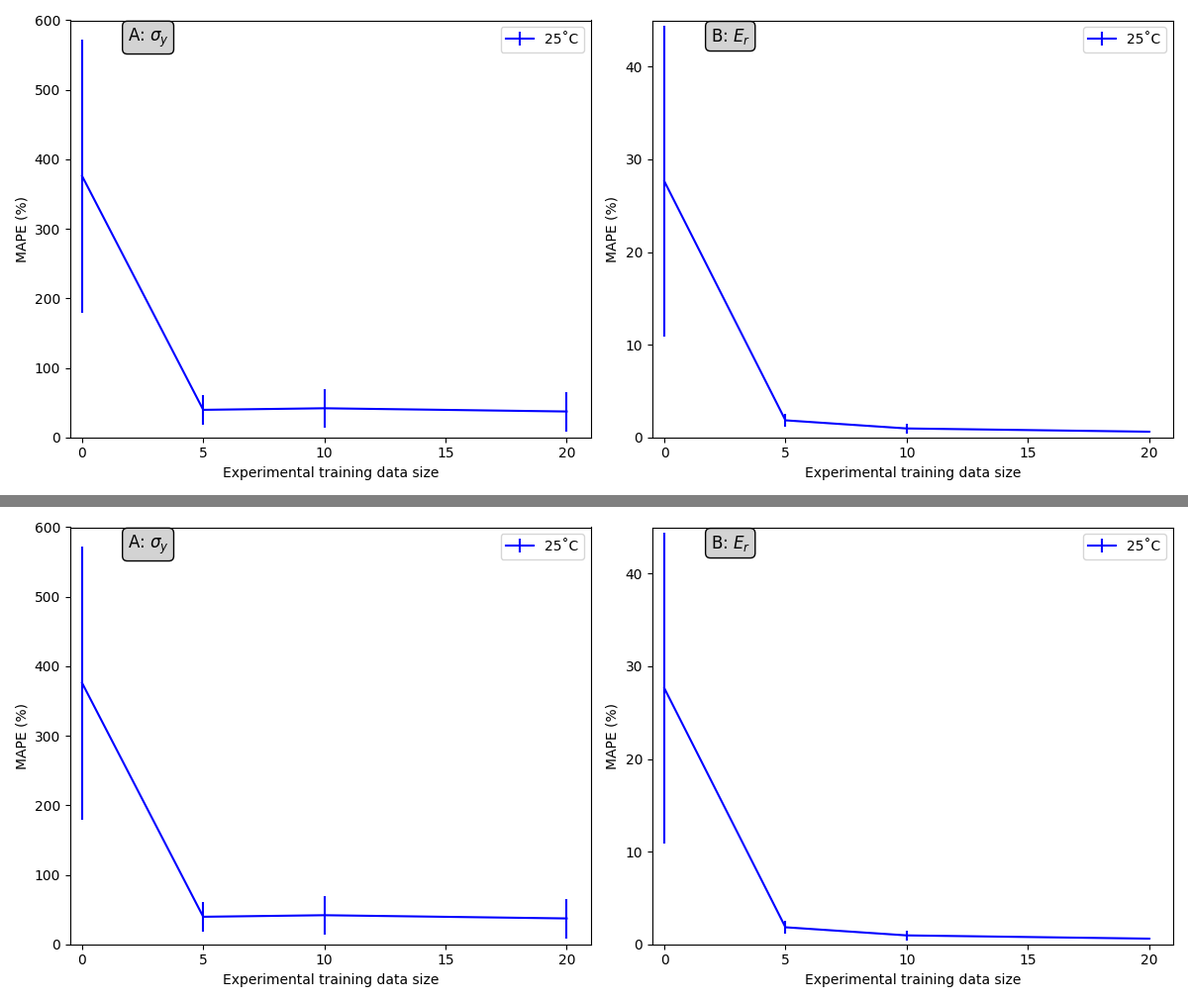
Repository: JoeSpencer1/NN_TiAlTa
Script's output: python src/figures.py
The author's editor kept a copy of each file at every save. The script's output is drawn from the files as they stood at one save, then again after the next save.
The pictures are shown at 99% of full size.
Each picture stacks the figures in order, with grey between them; figures that are only written to a file come last. Random numbers start from a fixed seed.

Above is the script's output before, as saved 2024-01-16 14:24:53.

After the next save:
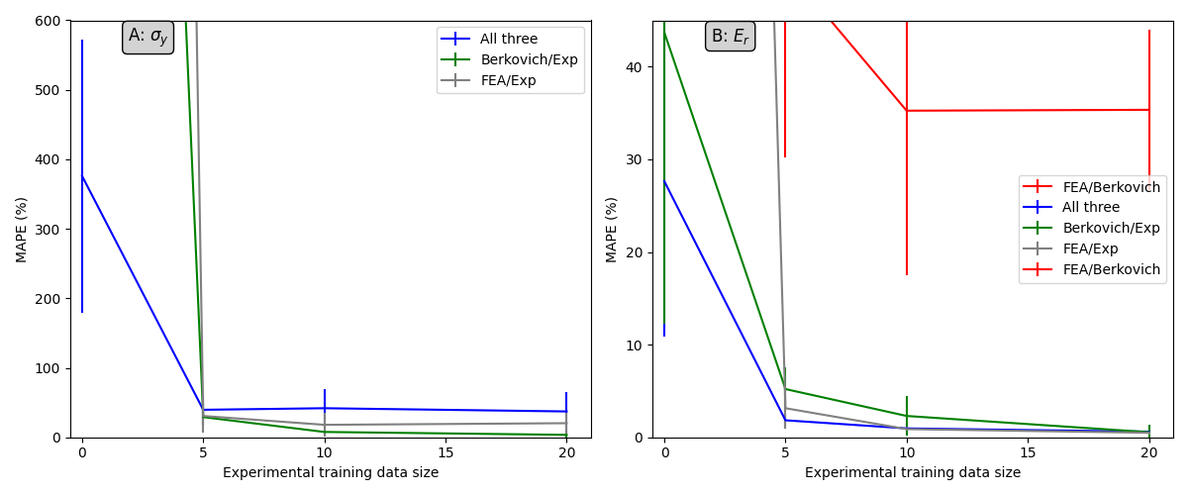
Saved 11 min 27 s later.
--- a/src/figures.py
+++ b/src/figures.py
@@ -259,21 +259,24 @@ threeσ = [376.0572733054678, 39.5938033843615, 41.8456251546561, 37.20982506131
 εthreeσ = [196.86908836541178, 21.68148559652081, 28.00063811133066, 28.472024602496692]
 threeE = [27.637875079481226, 1.8371707313939147, 0.9618014686986018, 0.6094185678582443]
 εthreeE = [16.76186263408408, 0.7040937053244141, 0.5416984171832155, 0.1433441723448427]
-FEAExpσ = [30.692963398804512, 17.966434316750032, 20.30981467660651]
-εFEAExpσ = [24.432717466772974, 17.157632184190486, 15.24454689795884]
-FEAExpE = [3.1407760620117187, 0.8857396979081005, 0.48970565795898435]
-εFEAExpE = [2.1787414072193108, 0.20985072884833247, 0.24028577974579077]
+FEAExpσ = [10340.612, 30.692963398804512, 17.966434316750032, 20.30981467660651]
+εFEAExpσ = [4267.742, 24.432717466772974, 17.157632184190486, 15.24454689795884]
+FEAExpE = [452.68634, 3.1407760620117187, 0.8857396979081005, 0.48970565795898435]
+εFEAExpE = [60.762478, 2.1787414072193108, 0.20985072884833247, 0.24028577974579077]
 BerExpσ = [3993.4524, 29.085435433129238, 7.699660556574902, 3.526308835701772]
 εBerExpσ = [2809.7415, 11.931510220287686, 4.180595260183477, 4.05852053586458]
 BerExpE = [43.70184, 5.2056050250404775, 2.3034492091128698, 0.5525932111238178]
 εBerExpE = [31.433922, 2.364614922311323, 2.124353990665903, 0.8359455695302426]
-FEMBerkσ = []
-εFEMBerkσ = []
-FEMBerkE = []
-εFEMBerkE = []
+FEABerσ = [16360.667, 224.50905550158168, 318.32331392100775, 411.2046768176986]
+εFEABerσ = [10235.277, 105.82854182729396, 210.21371442021476, 242.1779691403267]
+FEABerE = [462.53745, 50.763517706017744, 35.24591202986868, 35.340911950563125]
+εFEABerE = [74.264534, 20.539216787616077, 17.80116783395519, 8.634077709953575]
 
 fig, (ax1, ax2) = plt.subplots(1, 2, figsize=(12, 5))
-ax1.errorbar(n, threeσ, yerr = εthreeσ, color = 'blue', label = "25˚C")
+ax1.errorbar(n, threeσ, yerr = εthreeσ, color = 'blue', label = "All three")
+ax1.errorbar(n, BerExpσ, yerr = εBerExpσ, color = 'green', label = "Berkovich/Exp")
+ax1.errorbar(n, FEAExpσ, yerr = εFEAExpσ, color = 'grey', label = "FEA/Exp")
+ax2.errorbar(n, FEABerσ, yerr = εFEABerσ, color = 'red', label = "FEA/Berkovich")
 ax1.set_yscale('linear')
 ax1.set_ylim([0, 600])
 ax1.set_xlim([-0.5, 21])
@@ -287,7 +290,10 @@ ax1.annotate("A: $\sigma_{y}$", xy=(0.15, 0.95), xycoords="axes fraction",
               fontsize=12, ha="center",
               bbox=dict(boxstyle="round,pad=0.3", edgecolor="black", facecolor="lightgray"))
 
-ax2.errorbar(n, threeE, yerr = εthreeE, color = 'blue', label = "25˚C")
+ax2.errorbar(n, threeE, yerr = εthreeE, color = 'blue', label = "All three")
+ax2.errorbar(n, BerExpE, yerr = εBerExpE, color = 'green', label = "Berkovich/Exp")
+ax2.errorbar(n, FEAExpE, yerr = εFEAExpE, color = 'grey', label = "FEA/Exp")
+ax2.errorbar(n, FEABerE, yerr = εFEABerE, color = 'red', label = "FEA/Berkovich")
 ax2.set_yscale('linear')
 ax2.set_ylim([0, 45])
 ax2.set_xlim([-0.5, 21])
@@ -304,36 +310,3 @@ ax2.annotate("B: $E_{r}$", xy=(0.15, 0.95), xycoords="axes fraction",
               bbox=dict(boxstyle="round,pad=0.3", edgecolor="black", facecolor="lightgray"))
 plt.savefig("/Users/Joe/Desktop/figure1.jpeg", dpi=800, bbox_inches="tight")
 plt.show()
-
-fig, (ax1, ax2) = plt.subplots(1, 2, figsize=(12, 5))
-ax1.errorbar(n, threeσ, yerr = εthreeσ, color = 'blue', label = "25˚C")
-ax1.set_yscale('linear')
-ax1.set_ylim([0, 600])
-ax1.set_xlim([-0.5, 21])
-ax1.set_xticks([0, 5, 10, 15, 20])
-ax1.set_yticks([0, 100, 200, 300, 400, 500, 600])
-ax1.set_yticklabels([0, 100, 200, 300, 400, 500, 600])
-ax1.legend()
-ax1.set_ylabel("MAPE (%)")
-ax1.set_xlabel("Experimental training data size")
-ax1.annotate("A: $\sigma_{y}$", xy=(0.15, 0.95), xycoords="axes fraction",
-              fontsize=12, ha="center",
-              bbox=dict(boxstyle="round,pad=0.3", edgecolor="black", facecolor="lightgray"))
-
-ax2.errorbar(n, threeE, yerr = εthreeE, color = 'blue', label = "25˚C")
-ax2.set_yscale('linear')
-ax2.set_ylim([0, 45])
-ax2.set_xlim([-0.5, 21])
-ax2.set_xticks([0, 5, 10, 15, 20])
-ax2.set_yticks([0, 10, 20, 30, 40])
-ax2.set_yticklabels([0, 10, 20, 30, 40])
-ax2.legend()
-ax2.set_ylabel("MAPE (%)")
-ax2.set_xlabel("Experimental training data size")
-plt.subplots_adjust(bottom=0.180)
-fig.tight_layout()
-ax2.annotate("B: $E_{r}$", xy=(0.15, 0.95), xycoords="axes fraction",
-              fontsize=12, ha="center",
-              bbox=dict(boxstyle="round,pad=0.3", edgecolor="black", facecolor="lightgray"))
-plt.savefig("/Users/Joe/Desktop/figure2.jpeg", dpi=800, bbox_inches="tight")
-plt.show()
